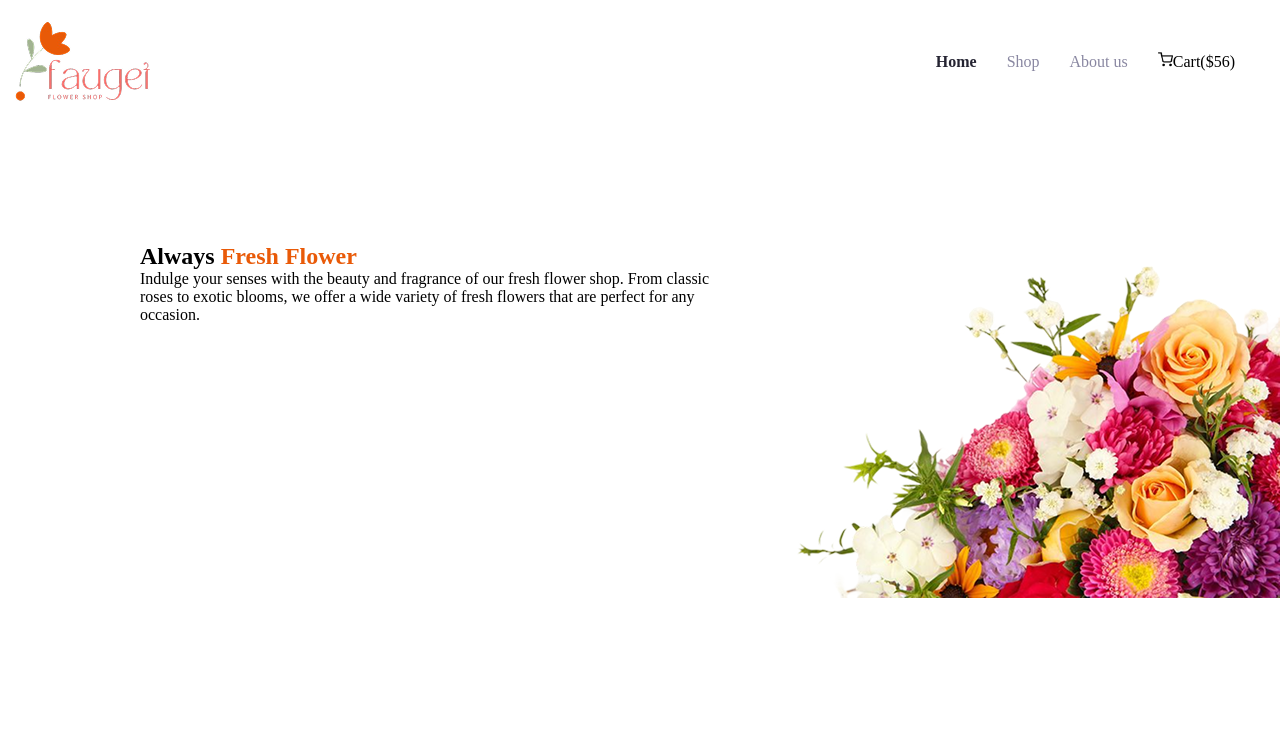
Repository: dollyrakhe22/Flowers-main-website
Page: index.html
These files come from the project's save history. The page is drawn as it stood at one moment and after the next save; the edit follows.
The browser window is 1280 px wide. The pictures show the whole page.
Some web libraries are served in a nearby version.

Above is the page before, as saved 2025-07-24 00:04:53.

### index.html
<!DOCTYPE html>
<html lang="en">
<head>
    <meta charset="UTF-8">
    <meta name="viewport" content="width=device-width, initial-scale=1.0">
    <title>Flowers Site</title>
    <link rel="stylesheet" href="style.css">
    <link rel="stylesheet" href="https://cdnjs.cloudflare.com/ajax/libs/font-awesome/7.0.0/css/all.min.css" integrity="sha512-DxV+EoADOkOygM4IR9yXP8Sb2qwgidEmeqAEmDKIOfPRQZOWbXCzLC6vjbZyy0vPisbH2SyW27+ddLVCN+OMzQ==" crossorigin="anonymous" referrerpolicy="no-referrer" />
</head>
<body >
    <header>
           <nav class="nav-bar display-flex">
                <img src="assets/logo.png" alt="" srcset="">


              <ul class="list-link display-flex">
                <li class="list-item text-black ">Home</li>
                <li class="list-item text-gray">Shop</li>
                <li class="list-item text-gray">About us</li>
                <li class="list-item"><img src="assets/shopping-cart (1).jpg" alt="" srcset=""width="15px" height="15px">Cart($56)</li>
             </ul>
           </nav>
 <!--Fresh Flowers-->
 <section class="flower-section display-flex">
  <div class="fresh-flower">
   <h1 class="flower-title ">Always <span class="primary-color">Fresh Flower</span></h1>
   <p class="flower-decription">Indulge your senses with the beauty and fragrance of our fresh flower shop. From classic roses to exotic blooms,
     we offer a wide variety of fresh flowers that are perfect for any occasion. </p>
  </div>
  <div class="flower-img">
    <img src="assets/hero-flower.png" alt="" srcset="">
  </div>



 </section>











    </header>
    <main>

    </main>
    <footer>

    </footer>
</body>
</html>

### style.css
@import url('https://fonts.googleapis.com/css2?family=Noto+Serif:ital,wght@0,100..900;1,100..900&display=swap');

*{
    box-sizing: border-box;
    margin: 0;
    padding: 0;
}

.noto-serif-normal{
  font-family: "Noto Serif", serif;
  font-optical-sizing: auto;
  font-style: normal;

}
/*shared style*/
.display-flex{
    display: flex;
}
/*black*/
.text-black{
    color:#252432;
    font-weight: bold;
}
/*dark 02*/
.text-gray{
    color: #8987A1;
}
.primary-color{
    color:#E95A08;
}
/*navbar start*/
.nav-bar{
   justify-content: space-between;
   margin: 20px auto;
   max-width: 1250px;




}
.list-link{
    justify-items: center;
    justify-content: center;
    align-items: center;



}
nav ul li{
    list-style: none;
    margin-right: 30px;
}

/*Fresh Flower*/
.flower-section{
    max-width: 100%;
   margin: 140px;
}
.flower-title{
      width: 570px;
}

After the next save:
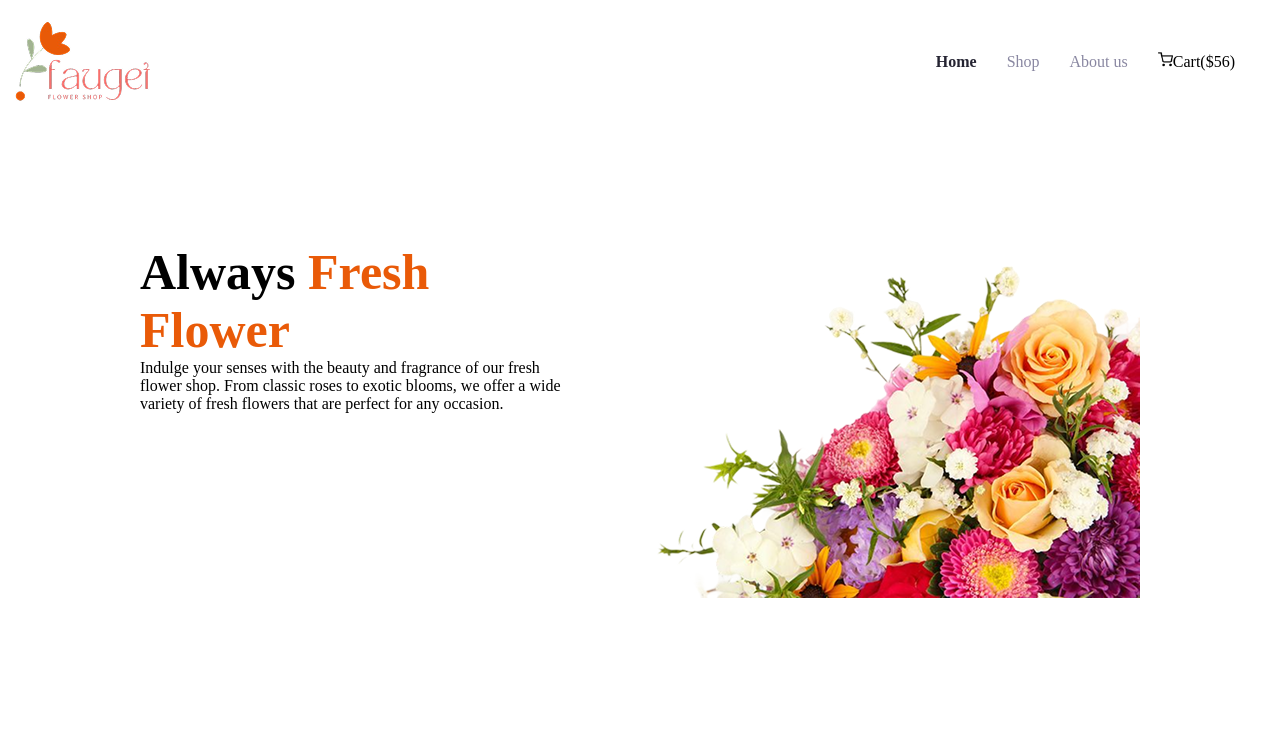
Saved 46 s later.
--- a/style.css
+++ b/style.css
@@ -57,5 +57,5 @@ nav ul li{
    margin: 140px;
 }
 .flower-title{
-      width: 570px;
+      font-size: 50px;
 }
